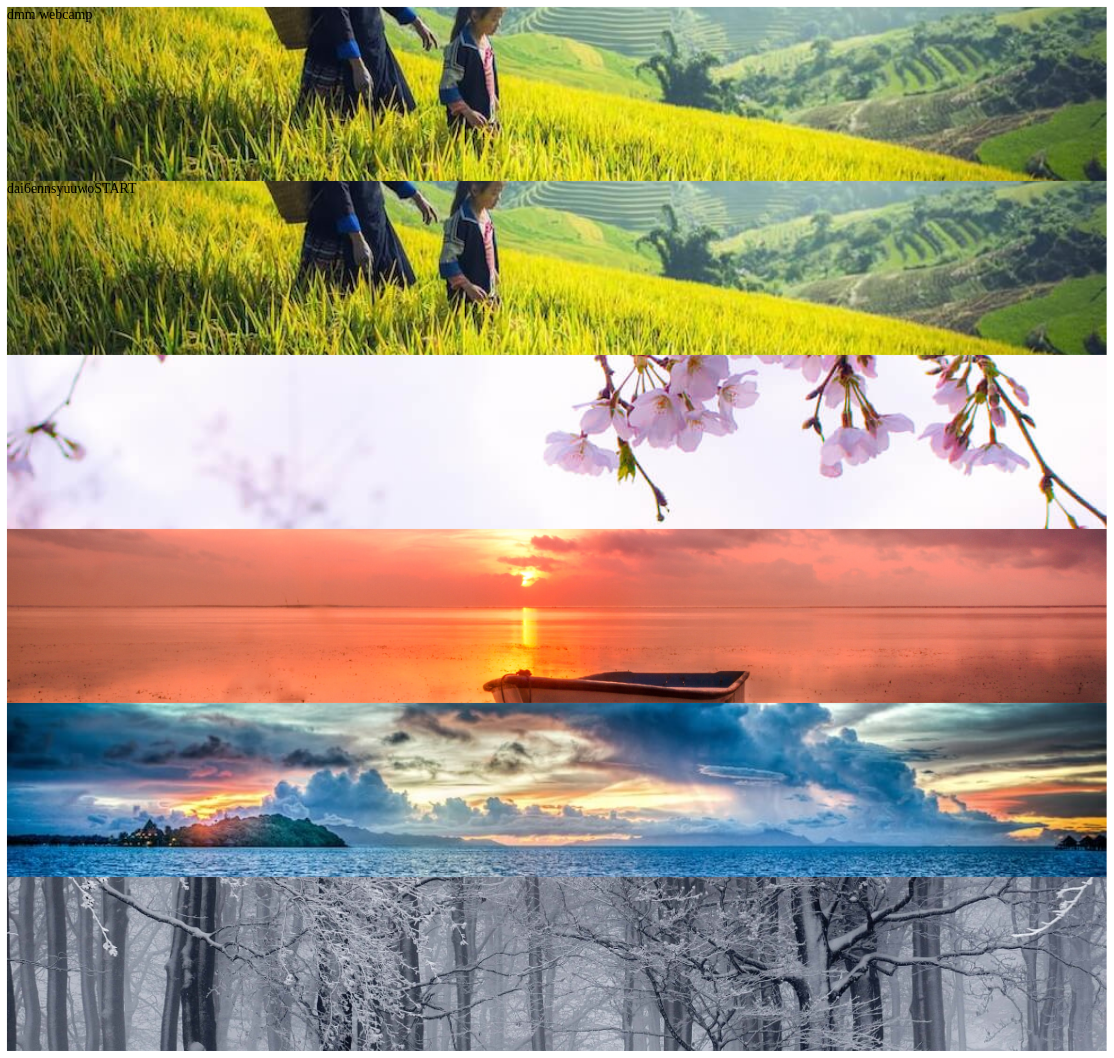
Repository: daisuketoyota/dmmwebxamp-toyota
Page: infratop/index.html
The author's editor kept a record of every edit. The page is drawn from the files as they stood at one moment, then again after the next edit.
The browser window is 1280 px wide. The pictures show the whole page, at 87% of full size.

Above is the page before.

After the next edit:
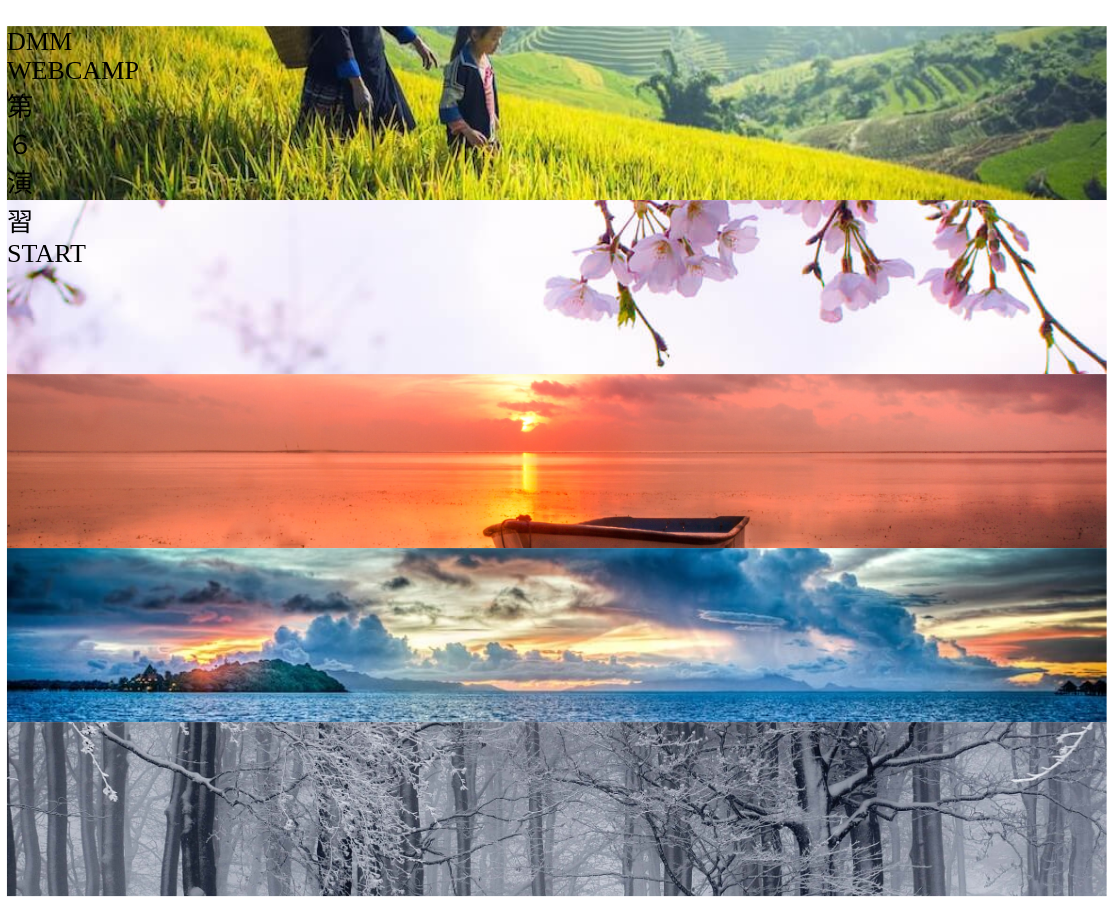
The edit:
--- a/infratop/index.html
+++ b/infratop/index.html
@@ -7,8 +7,13 @@
     </head>
 
     <body>
-        <div class="dmm">dmm webcamp</div>
-        <div class="dmm">dai6ennsyuuwoSTART</div>
+        <div class="dmm">
+            <p class="dmmtext">
+            DMM WEBCAMP<br />
+            第６演習<br />
+            START
+            </p>
+        </div>
         <div class="asia"></div>
         <div class="asia2"></div>
         <div class="asia3"></div>
